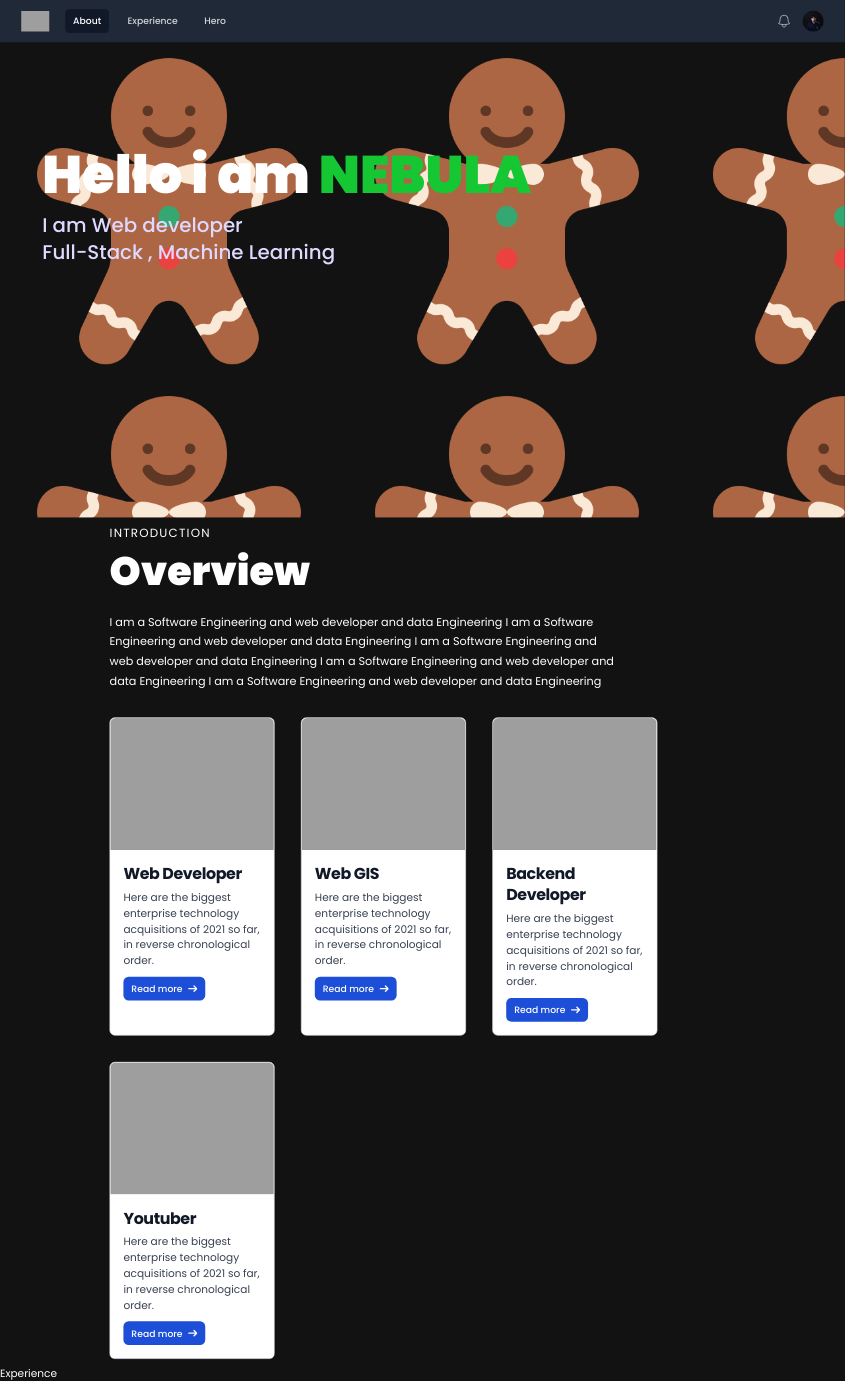
Repository: supakorn5039-boon/React-f
Page: /
These files come from the project's save history. The page is drawn as it stood at one moment and after a run of saves; the edit follows.
The browser window is 1280 px wide. The pictures show the whole page, at 66% of full size.
Pictures or frames that could not be fetched are drawn as grey boxes. The project was rebuilt for these pictures with package versions that can differ from the ones it lists, and the page was loaded fresh each time. Also part of the build but not shown: vite.config.js.

Above is the page before, as saved 2024-01-09 22:27:41.

After the next 3 saves:
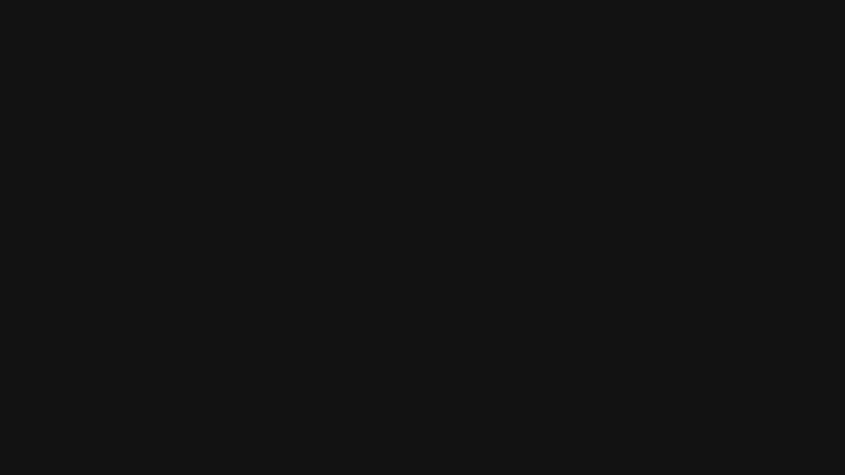
Console error: ReferenceError: div is not defined
The 3 saves are shown as one change because they came seconds apart.
The last was saved 61 s later.
--- a/src/components/Experience.jsx
+++ b/src/components/Experience.jsx
@@ -7,7 +7,9 @@
 import { experiences } from "../data/Data";
 
 const Experience = () => {
-  return <div>Experience</div>;
+  return(
+    div
+    )
 };
 
 export default Experience;

After the save that followed:
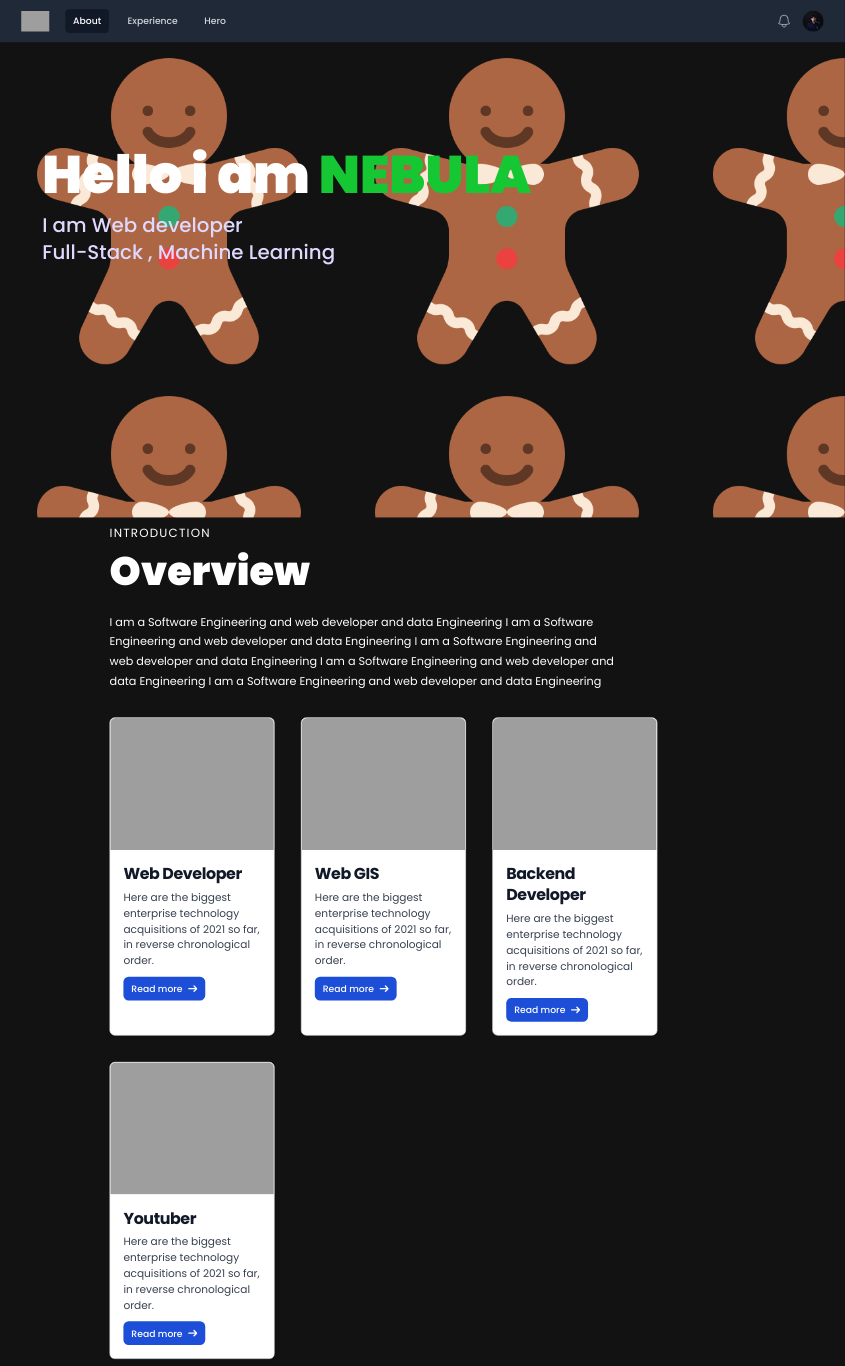
The error is gone.
Saved 9 s later.
--- a/src/components/Experience.jsx
+++ b/src/components/Experience.jsx
@@ -8,7 +8,9 @@
 
 const Experience = () => {
   return(
-    div
+    <div>
+
+    </div>
     )
 };
 
